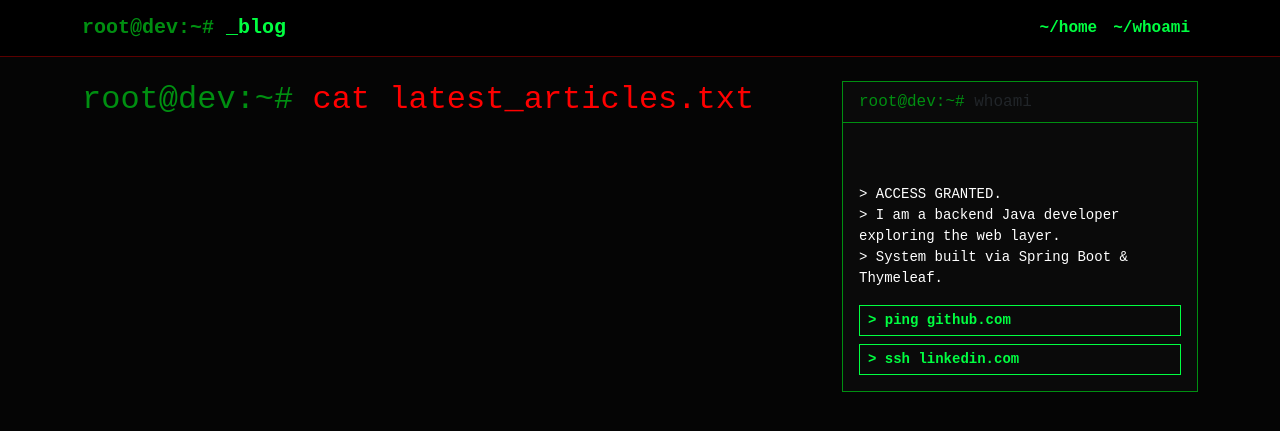
Repository: gd0t/gd0t-blog
Page: http://localhost/index
The author's editor kept a copy of each file at every save. The page is drawn from the files as they stood at one save, then again after the next save.
The browser window is 1280 px wide. The pictures show the whole page.
The page is this project's Thymeleaf template; nobody is signed in. The template is opened directly, without the code that normally fills it, so the values that code supplies are empty.

Above is the page before, as saved 2026-05-21 00:29:25.

After the next save:
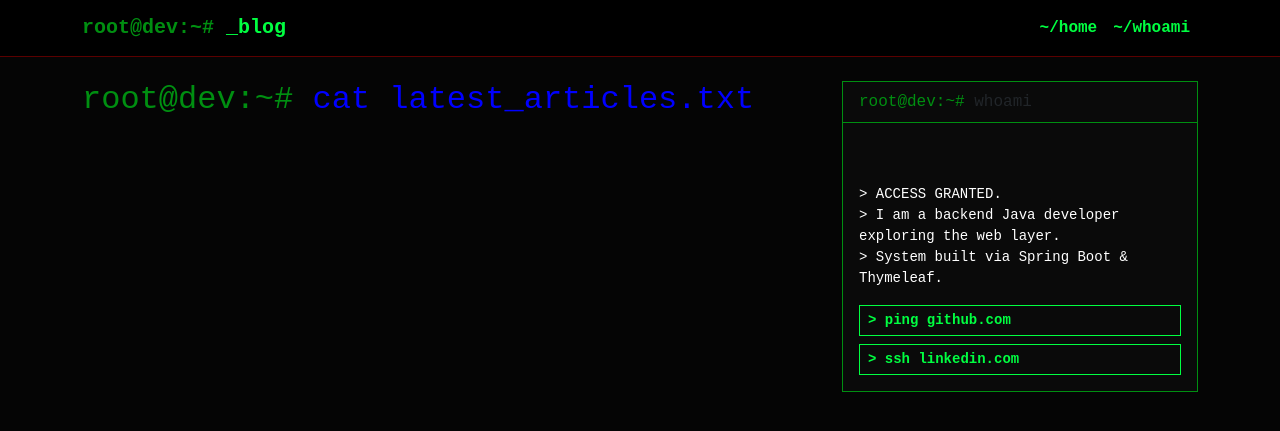
Saved 46 s later.
--- a/gd0t/src/main/resources/static/css/style.css
+++ b/gd0t/src/main/resources/static/css/style.css
@@ -69,7 +69,7 @@ input[type="text"]:focus, textarea:focus {
 }
 
 body {
-	color: red;
+	color: blue;
 }
 
 p {
